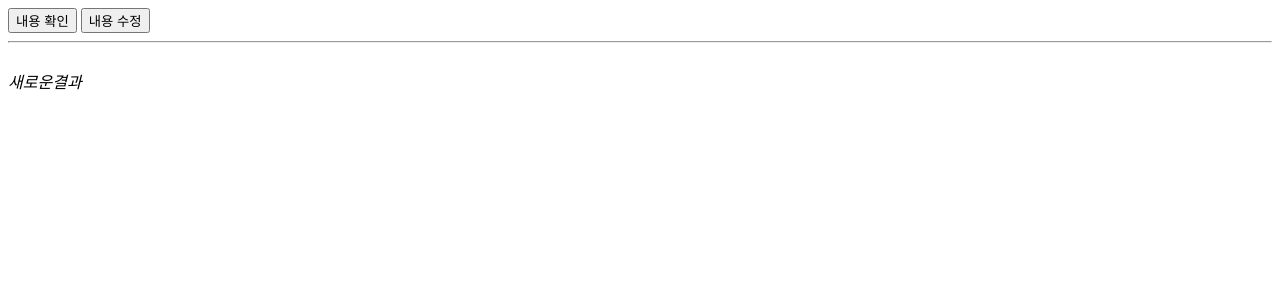
Repository: popconnect/jQuery
Page: http://localhost/jqueryEx01/jquery26.jsp
An editor plug-in stored every save of this project. The page is shown before and after the next save, followed by the edit.
The browser window is 1280 px wide. The pictures show the whole page.
After loading, the first visible `#btn2` was clicked once.
The page is served by Tomcat 9.

Above is the page before, as saved 2023-05-16 02:17:32.

### jqueryEx01/src/main/webapp/jquery26.jsp
<%@ page language="java" contentType="text/html; charset=UTF-8"
    pageEncoding="UTF-8"%>

<!DOCTYPE html>
<html>
<head>
<meta charset="UTF-8">
<title>Insert title here</title>
<script src="https://ajax.googleapis.com/ajax/libs/jquery/3.6.4/jquery.min.js"></script>
<script type="text/javascript">
	$(document).ready(function() {
		//innerHTML		=>html();
		//textContext	=>text();

		document.getElementById('btn1').onclick = function() {
			const html = document.getElementById('result');

			// JavaScript 방식
			console.log(html.innerHTML);
			console.log(html.textContent);

			// jQuery 방식
			console.log($('#result').html());
			console.log($('#result').text());
		}

		document.getElementById('btn2').onclick = function() {

			// JavaScript 방식
			const html = document.getElementById('result');
			//html.innerHTML = '<i>새로운결과</i>'
			//html.textContent = '<i>새로운결과</i>'

			// jQuery 방식
			$('#result').html('<i>새로운결과</i>');
			//$('#result').text('<i>새로운결과</i>');
		}
	});
</script>
</head>
<body>
<button id="btn1">내용 확인</button>
<button id="btn2">내용 수정</button>
<br /><hr /><br />
<div id="result"><b>출력내용</b></div>
</body>
</html>

After the next save:
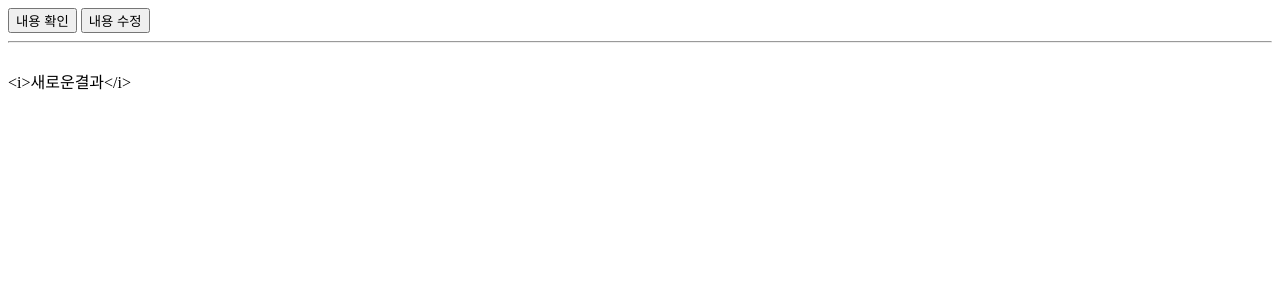
Saved 5 s later.
--- a/jqueryEx01/src/main/webapp/jquery26.jsp
+++ b/jqueryEx01/src/main/webapp/jquery26.jsp
@@ -32,8 +32,8 @@
 			//html.textContent = '<i>새로운결과</i>'
 
 			// jQuery 방식
-			$('#result').html('<i>새로운결과</i>');
-			//$('#result').text('<i>새로운결과</i>');
+			//$('#result').html('<i>새로운결과</i>');
+			$('#result').text('<i>새로운결과</i>');
 		}
 	});
 </script>
